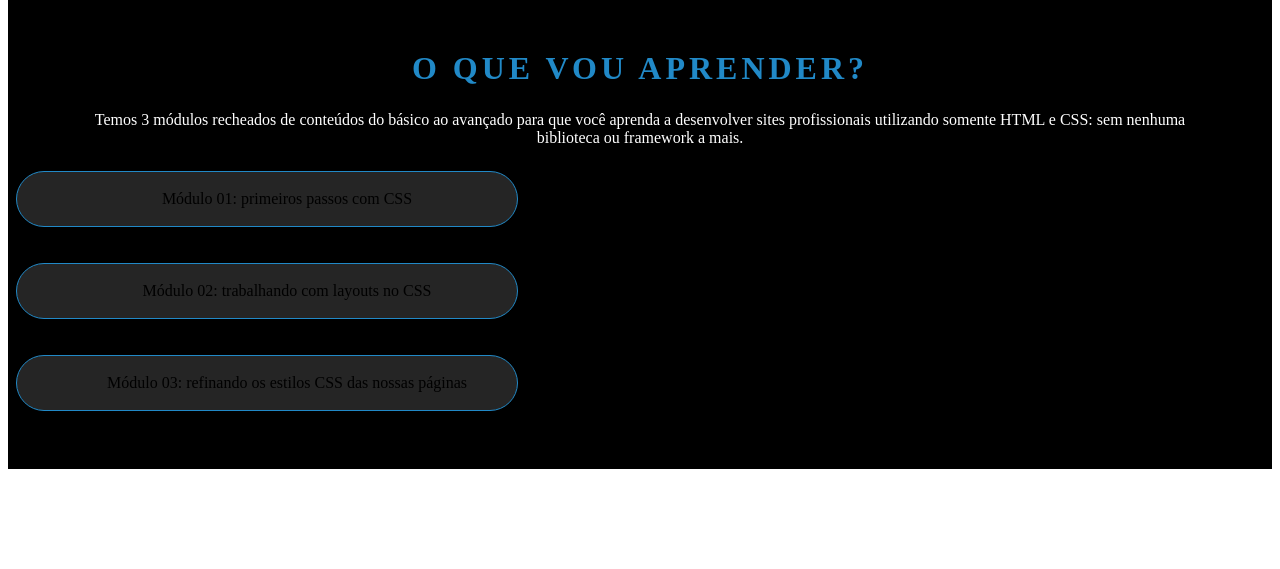
Repository: gustavotwist/trilha-css-desafio-01
Page: index.html
These files come from the project's save history. The page is drawn as it stood at one moment and after a run of saves; the edit follows.
The browser window is 1280 px wide. The pictures show the part of the page from y = 649 to 1218 px (the page is 2988 px tall before and 3008 px after).
Pictures or frames that could not be fetched are drawn as grey boxes. A picture or video elsewhere on the page could not be fetched, so the positions and the page height are approximate.

Above is the page before, as saved 2024-07-16 19:22:43.

After the next 2 saves:
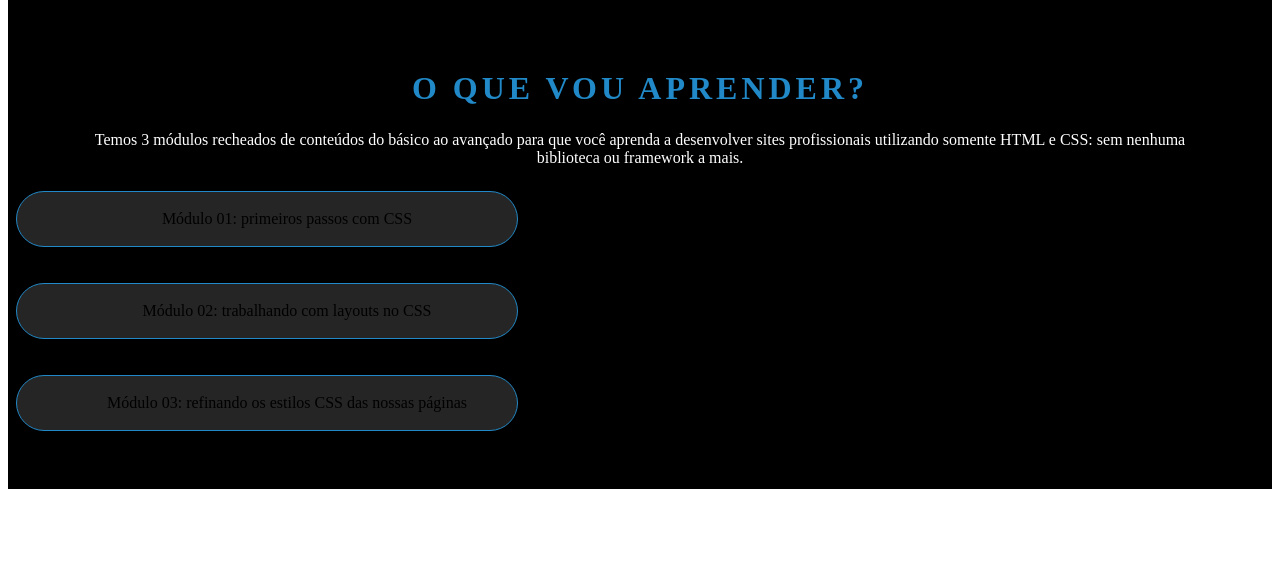
The 2 saves are shown as one change because they came seconds apart.
The last was saved 21 s later.
--- a/global.css
+++ b/global.css
@@ -1,7 +1,7 @@
 .banner {
     background:url('/assets/images/banner.png'), no-repeat, linear-gradient(to bottom, #030709, #030709 10%, #0a1b23 50%, #030709 95%);
     background-size: cover;
-    height: 580px;
+    height: 600px;
     padding-top: 60px;
     border-bottom: 1px solid #2189c7;
 }
